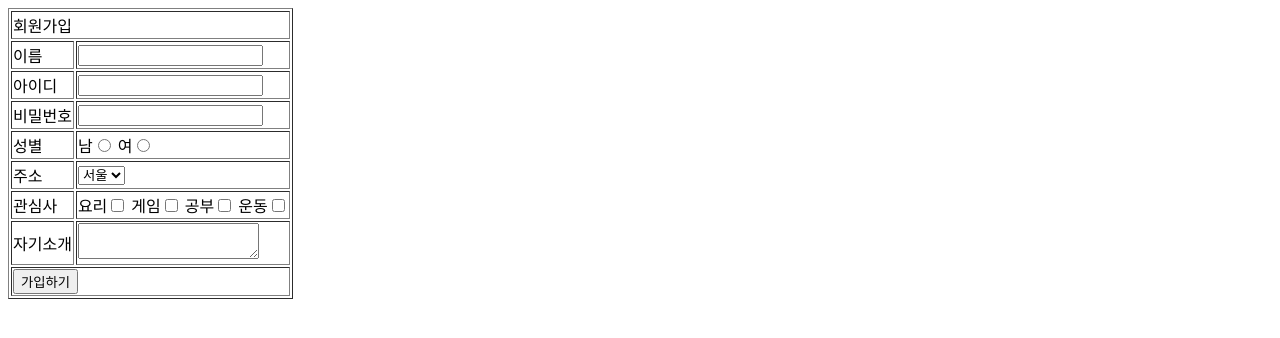
Repository: AiharaAkira/jsp
Page: WebWorkSpace/02_InputOutput/src/main/webapp/reg.html
These files come from the project's save history. The page is drawn as it stood at one moment and after the next save; the edit follows.
The browser window is 1280 px wide. The pictures show the whole page.

Above is the page before, as saved 2021-11-08 04:23:28.

After the next save:
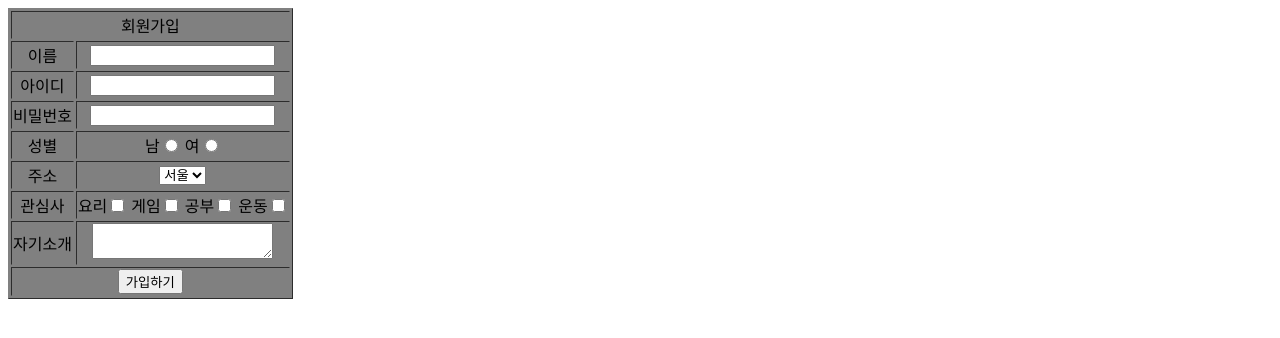
Saved 109 s later.
--- a/WebWorkSpace/02_InputOutput/src/main/webapp/reg.html
+++ b/WebWorkSpace/02_InputOutput/src/main/webapp/reg.html
@@ -6,7 +6,7 @@
 </head>
 <body>
 	<form action="reg" method="post">
-		<table border="1">
+		<table border="1" style="text-align:center; background-color:gray">
 			<tr>
 				<td colspan="2">회원가입</td>
 			</tr>
